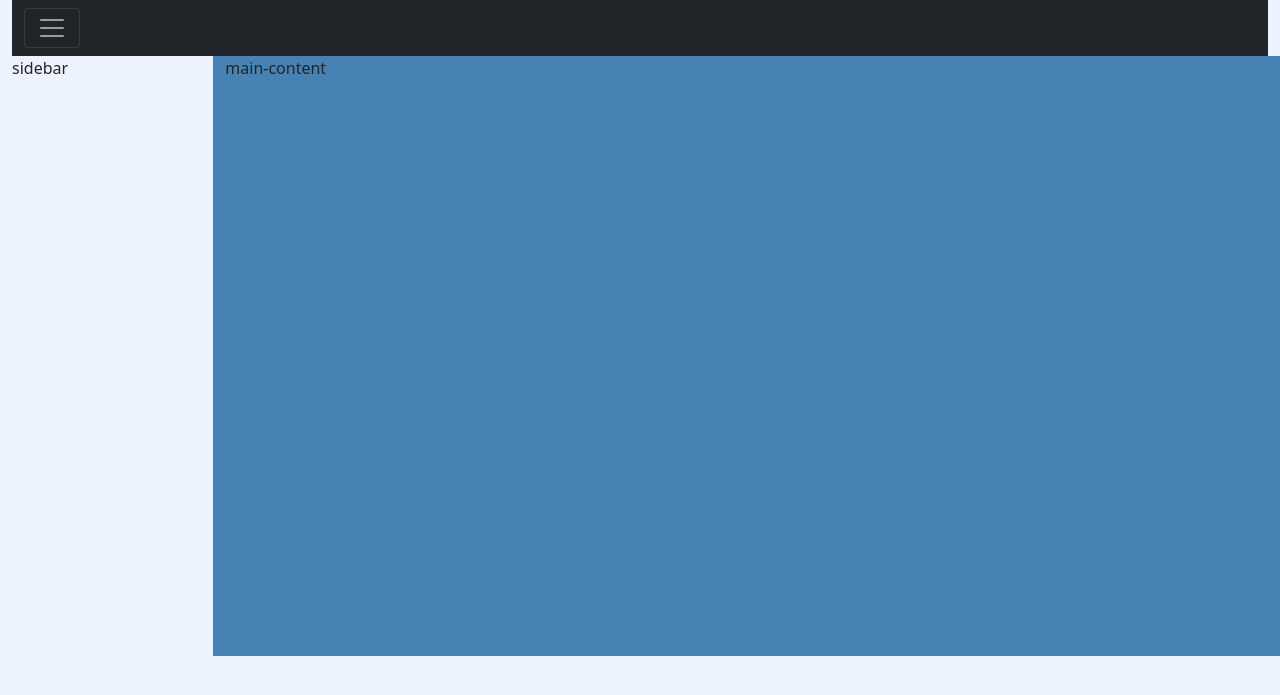
Repository: Dayvid0/BOOTSTRAP-TUTORIALS
Page: cosmos.example.html
An editor plug-in stored every save of this project. The page is shown before and after the next save, followed by the edit.
The browser window is 1280 px wide. The pictures show the whole page.

Above is the page before, as saved 2025-01-29 09:02:09.

### cosmos.example.html
<!doctype html>
<html lang="en">
  <head>
    <!-- Required meta tags -->
    <meta charset="utf-8">
    <meta name="viewport" content="width=device-width, initial-scale=1">
    <!-- Bootstrap CSS -->
    <link href="https://cdn.jsdelivr.net/npm/bootstrap@5.0.2/dist/css/bootstrap.min.css" rel="stylesheet" integrity="sha384-EVSTQN3/azprG1Anm3QDgpJLIm9Nao0Yz1ztcQTwFspd3yD65VohhpuuCOmLASjC" crossorigin="anonymous">
    <title>Cosmos-example</title>
    <style>
      body {
        background-color: #ecf3ff;
      }
      .main-content {
        background-color: #4682b4 ;
        min-height: 600px;
      }
    </style>
  </head>
  <body>
<div class="container-fluid">
  <!--navbar-->
  <div class="collapse" id="navbarToggleExternalContent">
    <div class="bg-dark p-4">
      <h5 class="text-white h4">Collapsed content</h5>
      <span class="text-muted">Toggleable via the navbar brand.</span>
    </div>
  </div>
  <nav class="navbar navbar-dark bg-dark">
    <div class="container-fluid">
      <button class="navbar-toggler" type="button" data-bs-toggle="collapse" data-bs-target="#navbarToggleExternalContent" aria-controls="navbarToggleExternalContent" aria-expanded="false" aria-label="Toggle navigation">
        <span class="navbar-toggler-icon"></span>
      </button>
    </div>
  </nav>
</div>
<div class="container-fluid">
  <div class="row">
    <div class="sidebar col-md-2">
      sidebar
    </div>
    <div class="main-content col-md-10 ">
      main-content
    </div>
  </div>
</div>
    <script src="https://cdn.jsdelivr.net/npm/bootstrap@5.0.2/dist/js/bootstrap.bundle.min.js" integrity="sha384-MrcW6ZMFYlzcLA8Nl+NtUVF0sA7MsXsP1UyJoMp4YLEuNSfAP+JcXn/tWtIaxVXM" crossorigin="anonymous"></script>
  </body>
</html>

After the next save:
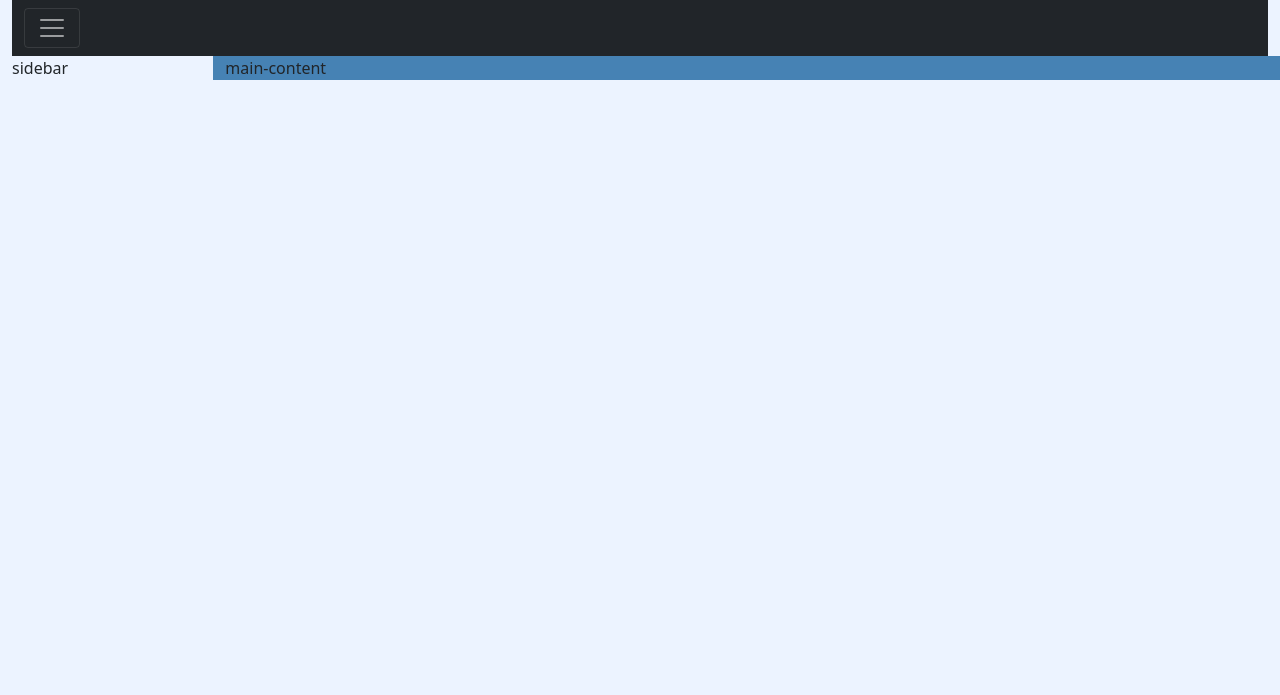
Saved 14 s later.
--- a/cosmos.example.html
+++ b/cosmos.example.html
@@ -13,7 +13,6 @@
       }
       .main-content {
         background-color: #4682b4 ;
-        min-height: 600px;
       }
     </style>
   </head>

After the save that followed:
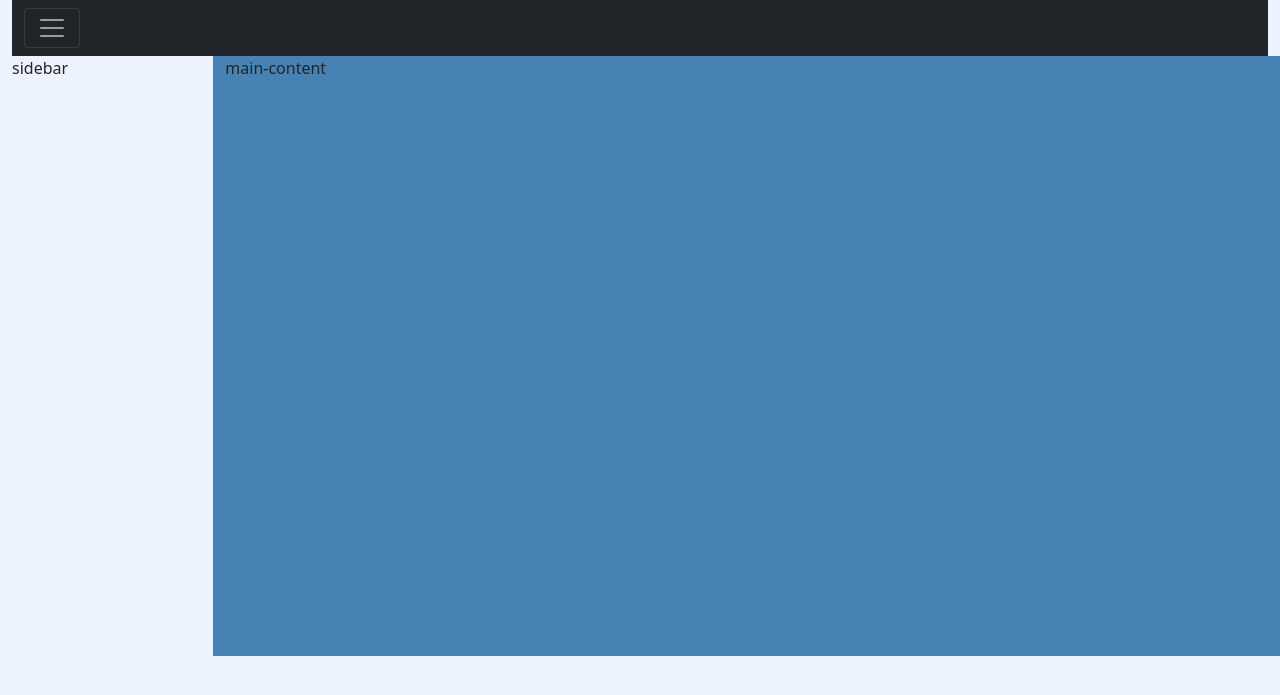
Saved 42 s later.
--- a/cosmos.example.html
+++ b/cosmos.example.html
@@ -13,6 +13,9 @@
       }
       .main-content {
         background-color: #4682b4 ;
+      }
+      .sidebar {
+        min-height: 600px;
       }
     </style>
   </head>
